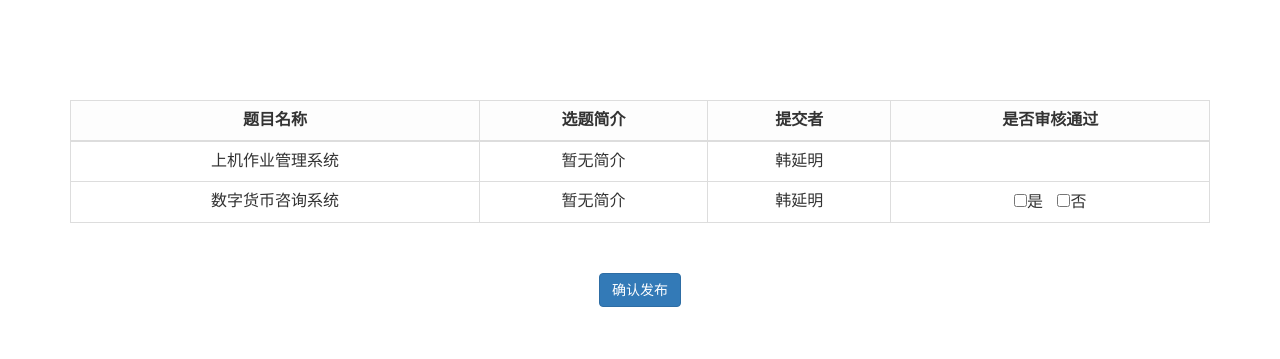
Repository: Kong-T/Practical-training
Page: Administrator/html/topic_admin.html
These files come from the project's save history. The page is drawn as it stood at one moment and after a run of saves; the edit follows.
The browser window is 1280 px wide. The pictures show the whole page.
The page's requests for data from a server got no answer. Some web libraries are served in a nearby version.

Above is the page before, as saved 2020-12-14 18:13:10.

### Administrator/html/topic_admin.html
    <html>

<head>
    <meta charset="utf-8">
    <title>教师发布题目</title>
    <link rel="stylesheet" type="text/css" href="..\css\topic_admin.css">
    <link rel="stylesheet" href="https://cdn.staticfile.org/twitter-bootstrap/3.3.7/css/bootstrap.min.css">
    <link rel="stylesheet" href="https://cdn.staticfile.org/font-awesome/4.7.0/css/font-awesome.css">
    <script src="https://cdn.staticfile.org/jquery/2.1.1/jquery.min.js"></script>
    <script src="https://cdn.staticfile.org/twitter-bootstrap/3.3.7/js/bootstrap.min.js"></script>
</head>
<script type="text/javascript">
    window.onload = function () {
        // 请求后端数据
        $.ajax({
            url: "http://localhost:8080/A_topic",
            type: "post",
            data: name,
            success: function (data) {
                showData(data);//我们仅做数据展示
            },
            error: function (msg) {
                alert("ajax连接异常：" + msg);
                console.log("error");
            }
        })

        // 展示数据
        function showData(data) {
            var str = "<thead ><tr><th>题目名称</th><th>选题简介</th><th>提交者</th><th>是否审核通过</th></tr></thead>";//定义用于拼接的字符串
            // console.log(data);
            for (var i = 0; i < data.Topic_title.length; i++) {

                console.log(data.Topic_title);

                for (var i in data.Topic_title) {
                    var Topic_titleID = " Topic_title" + i;
                    var Topic_detailsID = "Topic_details" + i;
                    var TutorID = "Tutor" + i;
                    var denyID = "deny" + i;
                    str += "<tr><td id=\"" + Topic_titleID + "\">" + data.Topic_title[i] + "</td><td id=\"" + Topic_detailsID + "\">" + data.Topic_details[i] + "</td><td id=\"" + TutorID + "\">" + data.Tutor[i] + "</td><td><input type=\"checkbox\">是<input type =\"checkbox\" name=\"deny\" id=\"" + denyID + "\"onclick = \"delete_topic()\"" + "\"style = \"margin-left: 10px;\">否</td></tr>"
                    console.log(str);
                }
            }
            $("#tbody1").html(str);
        }


        var Topic_title = new Array();//声明一个放title的数组
        var btns = document.getElementsByTagName("button");//获取所有btn对象

        //管理员操作
        //设置不能同时选择是和否
        $(function () {
            $('table').on('click', 'input', function () {
                // console.log($('this').html);
                console.log("ta")
                var now = this;
                $('input').each(function (i, e) {
                    if (now !== e) {
                        $(e).attr('checked', false);
                        // console.log(this)
                    }
                })
            });
        })
    }

</script>
<script>

    var deny_now = "";
    function delete_topic(e) {
        console.log("ttt")
        // deny_now = "";//获取当前被点击的否的id
        $(document).click(function (e) {
            deny_now = e.target.id;
            console.log("函数内" + deny_now);
            // return deny_now;
        });
        console.log("获取当前id" + deny_now);
        console.log(deny_now.substring(deny_now.length - 1, deny_now.length))//获取当前被点击的否的编号
        var titleID = " Topic_title" + deny_now.substr(deny_now.length - 1, 1)
        var detailsID = "Topic_details" + deny_now.substr(deny_now.length - 1, 1)
        // console.log(titleID, detailsID)
        var titleValue = document.getElementById(titleID).innerText //获取topic_title单元格的值
        console.log(titleValue)
        Topic_title.push(titleValue);//把title放进数组里
        console.log(Topic_title)
    }
    //向后台传输title
    function submit() {
        $.ajax({
            type: "POST",
            url: "http://localhost:8080/Ad_topic_1",
            data: JSON.stringify(titleValue), //将JSON对象转为字符串
            dataType: "JSON",
            contentType: "application/json",
            async: 'true',
            beforeSend: function (XMLHttpRequest, settings) {
                //ShowLoading();
                // console.log($.ajax.data);
            },
            success: function () {
                alert("success");
            },
            error: function () {
                //请求出错处理
                console.log("error");
            },
        })
    }
</script>

<body>
    <div class="container">
        <table class="table table-hover table-bordered" id="tbody1">
            <thead>
                <tr>
                    <th>题目名称</th>
                    <th>选题简介</th>
                    <th>提交者</th>
                    <th>是否审核通过</th>
                </tr>
            </thead>
            <tr>
                <td id=" Topic_title1">上机作业管理系统</td>
                <td id="Topic_details1">暂无简介</td>
                <td id="Tutor1">韩延明</td>
                <td>
                     <ul class="dropdown-menu">
                    <li><a href="#">是</a></li>
                    <li><a href="#">否</a></li>
                </ul>
            </td>
            </tr>
            <tr>

                <td id=" Topic_title2">数字货币咨询系统
                </td>
                <td id="Topic_details2">暂无简介</td>
                <td id="Tutor2">韩延明</td>
                <td><input type="checkbox">是
                    <input type="checkbox" style="margin-left: 10px;" name="deny" id="den2"">否</td>
            </tr>

        </table>
        <button type=" button" class="btn btn-primary" style="margin-top: 30px;" onclick="submit()">确认发布</button>
                </td>
    </div>
</body>

### Administrator/css/topic_admin.css
.body {
    padding:0px;
}
.container {
    width:100px;
    margin-top: 100px;
    text-align:center;

}
.exit{
    float: right;
    font-size: large;

  }
  h3{
      font-size: large;
      text-align: center;
  }
  p{
      text-align: center;
  }
.table {
    text-align: center;
}
.table th {
    text-align: center;
    background-color: rgb(233, 235, 236,0.1);
}

After the next 2 saves:
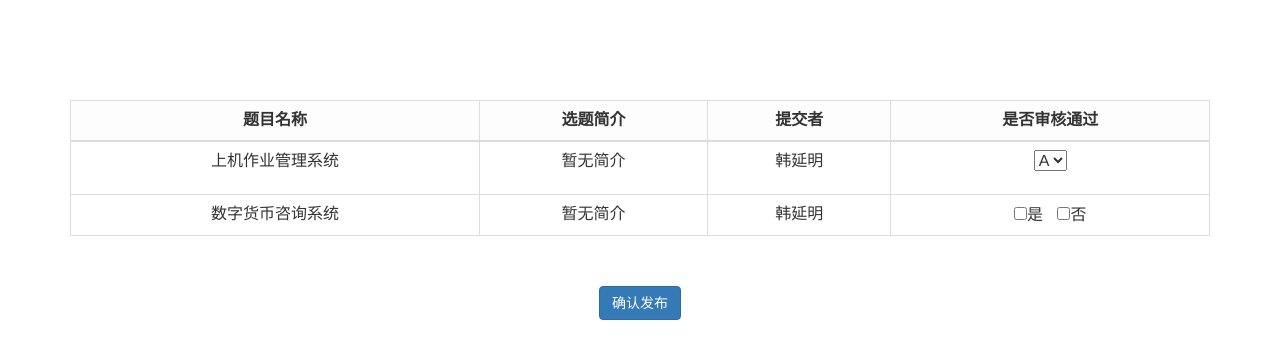
The 2 saves are shown as one change because they came seconds apart.
The last was saved 2 min 7 s later.
--- a/Administrator/html/topic_admin.html
+++ b/Administrator/html/topic_admin.html
@@ -128,10 +128,14 @@
                 <td id="Topic_details1">暂无简介</td>
                 <td id="Tutor1">韩延明</td>
                 <td>
-                     <ul class="dropdown-menu">
-                    <li><a href="#">是</a></li>
-                    <li><a href="#">否</a></li>
-                </ul>
+                    <div class="form-group">
+                        <select class="selectpicker show-tick" title="请选择一项" data-live-search="true" data-size="5">
+                            <option>A</option>
+                            <option>B</option>
+
+                        </select>
+                    </div>
+
             </td>
             </tr>
             <tr>

After the save that followed:
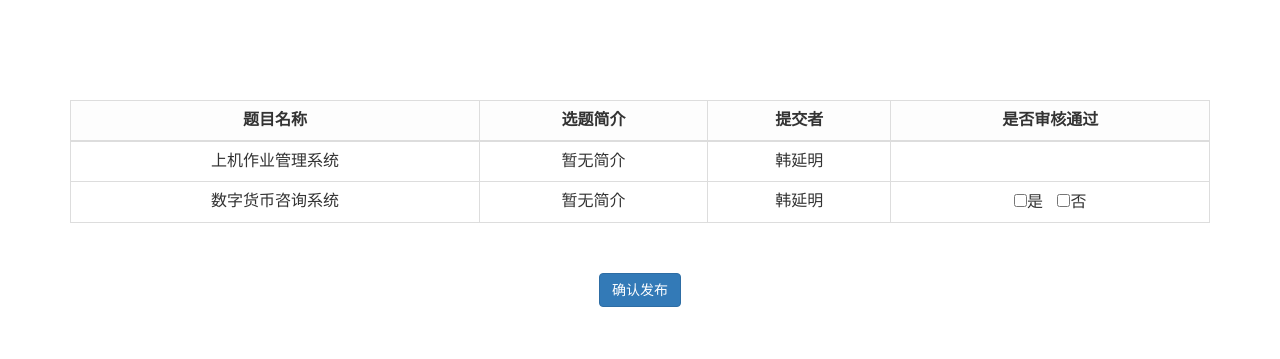
Saved 17 s later.
--- a/Administrator/html/topic_admin.html
+++ b/Administrator/html/topic_admin.html
@@ -128,13 +128,6 @@
                 <td id="Topic_details1">暂无简介</td>
                 <td id="Tutor1">韩延明</td>
                 <td>
-                    <div class="form-group">
-                        <select class="selectpicker show-tick" title="请选择一项" data-live-search="true" data-size="5">
-                            <option>A</option>
-                            <option>B</option>
-
-                        </select>
-                    </div>
 
             </td>
             </tr>
